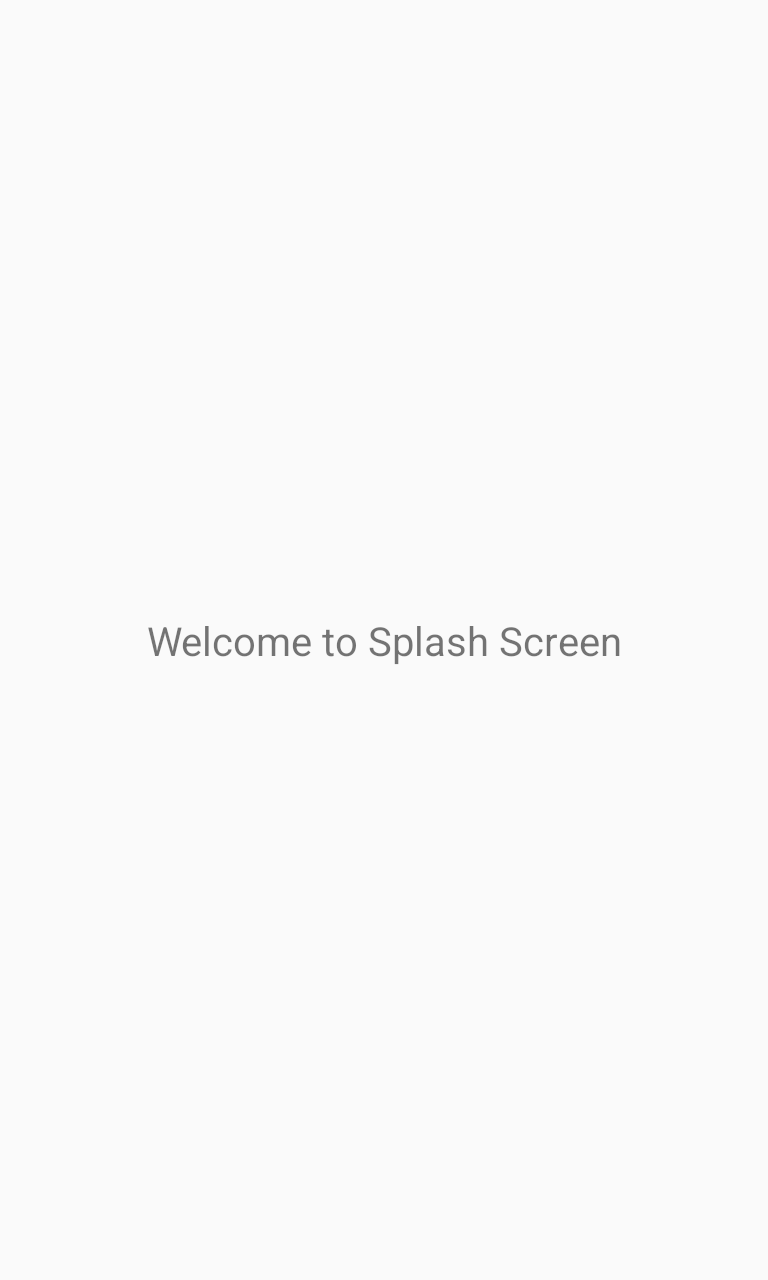
Repository: AlvaroCortez/Assigment1
Layout: SplashScreen/res/layout/activity_main.xml
An editor plug-in stored every save of this project. The layout is shown before and after the next save, followed by the edit.
It is drawn on a 768 x 1280 px phone screen (xhdpi) without system bars, with theme AppTheme; the app's code is not run.

Above is the layout before, as saved 2014-04-27 18:54:43.

After the next save:
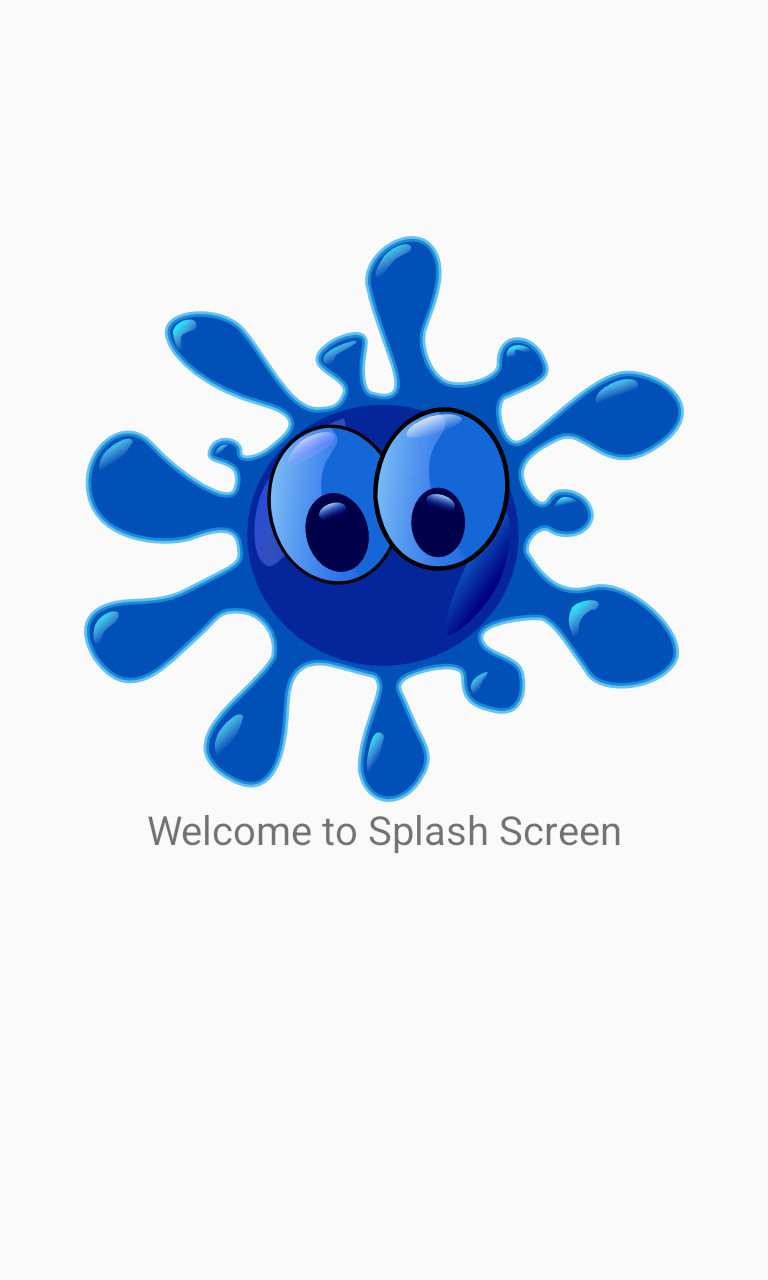
Saved 86 s later.
--- a/SplashScreen/res/layout/activity_main.xml
+++ b/SplashScreen/res/layout/activity_main.xml
@@ -5,14 +5,21 @@
     android:gravity="center"
     android:orientation="vertical" >
 
+    <ImageView
+        android:layout_width="wrap_content"
+        android:layout_height="wrap_content"
+        android:contentDescription="@string/app_name"
+        android:src="@drawable/splash" >
+    </ImageView>
+
     <TextView
         android:id="@+id/splash_message"
         android:layout_width="fill_parent"
         android:layout_height="wrap_content"
-        android:layout_alignParentBottom="true"
          android:gravity="center_horizontal"
         android:text="@string/splash_message"
-        android:textSize="20sp" >
+        android:textSize="20sp"
+         android:lines="5" >
     </TextView>
 
 </LinearLayout>
